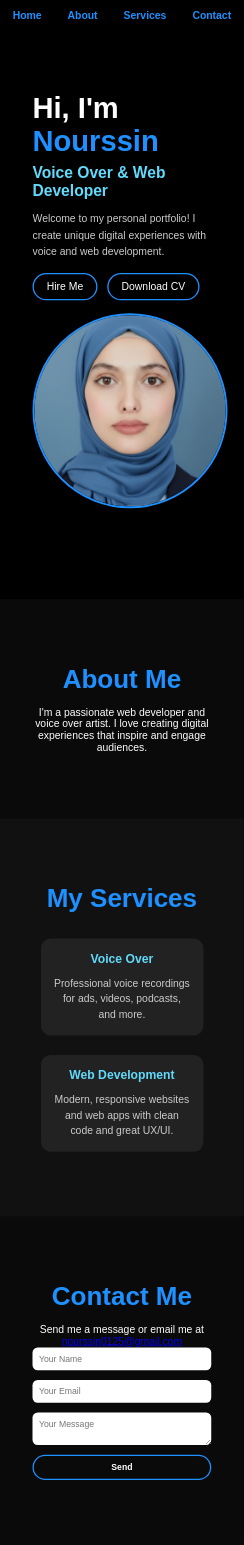
Repository: Abidar-Noura/portfolio
Page: index.html
These files come from the project's save history. The page is drawn as it stood at one moment and after the next save; the edit follows.
The browser window is 375 px wide. The pictures show the whole page, at 65% of full size.

Above is the page before, as saved 2025-11-02 10:54:33.

After the next save:
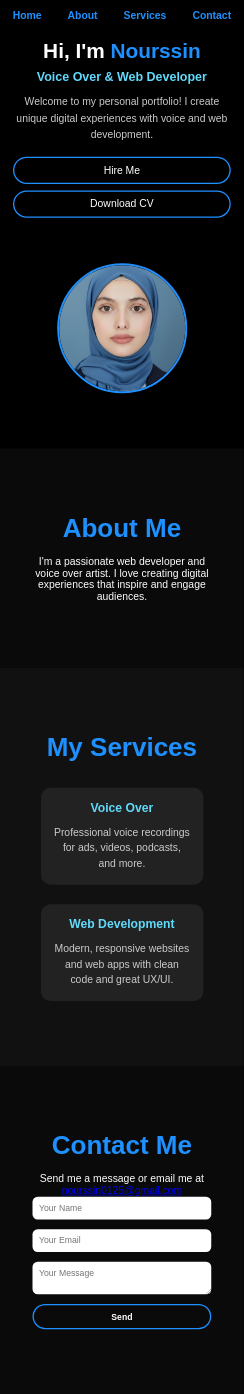
Saved 22 min 57 s later.
--- a/style.css
+++ b/style.css
@@ -235,3 +235,49 @@ header nav ul li a:hover {
   background-color: #1E90FF;
   color: black;
 }
+/* ===== RESPONSIVE ===== */
+@media (max-width: 900px) {
+  .home {
+    flex-direction: column;
+    padding: 80px 30px;
+    gap: 20px;
+  }
+
+  .home-content {
+    max-width: 100%;
+    text-align: center;
+  }
+
+  .home-img {
+    flex: 1 1 250px;
+  }
+
+  .home-img img {
+    width: 250px;
+    height: 250px;
+  }
+}
+
+@media (max-width: 500px) {
+  .home {
+    padding: 60px 20px;
+  }
+
+  .home-img img {
+    width: 200px;
+    height: 200px;
+  }
+
+  .home-content h1 {
+    font-size: 2rem;
+  }
+
+  .home-content h2 {
+    font-size: 1.2rem;
+  }
+
+  .buttons {
+    flex-direction: column;
+    gap: 10px;
+  }
+}
